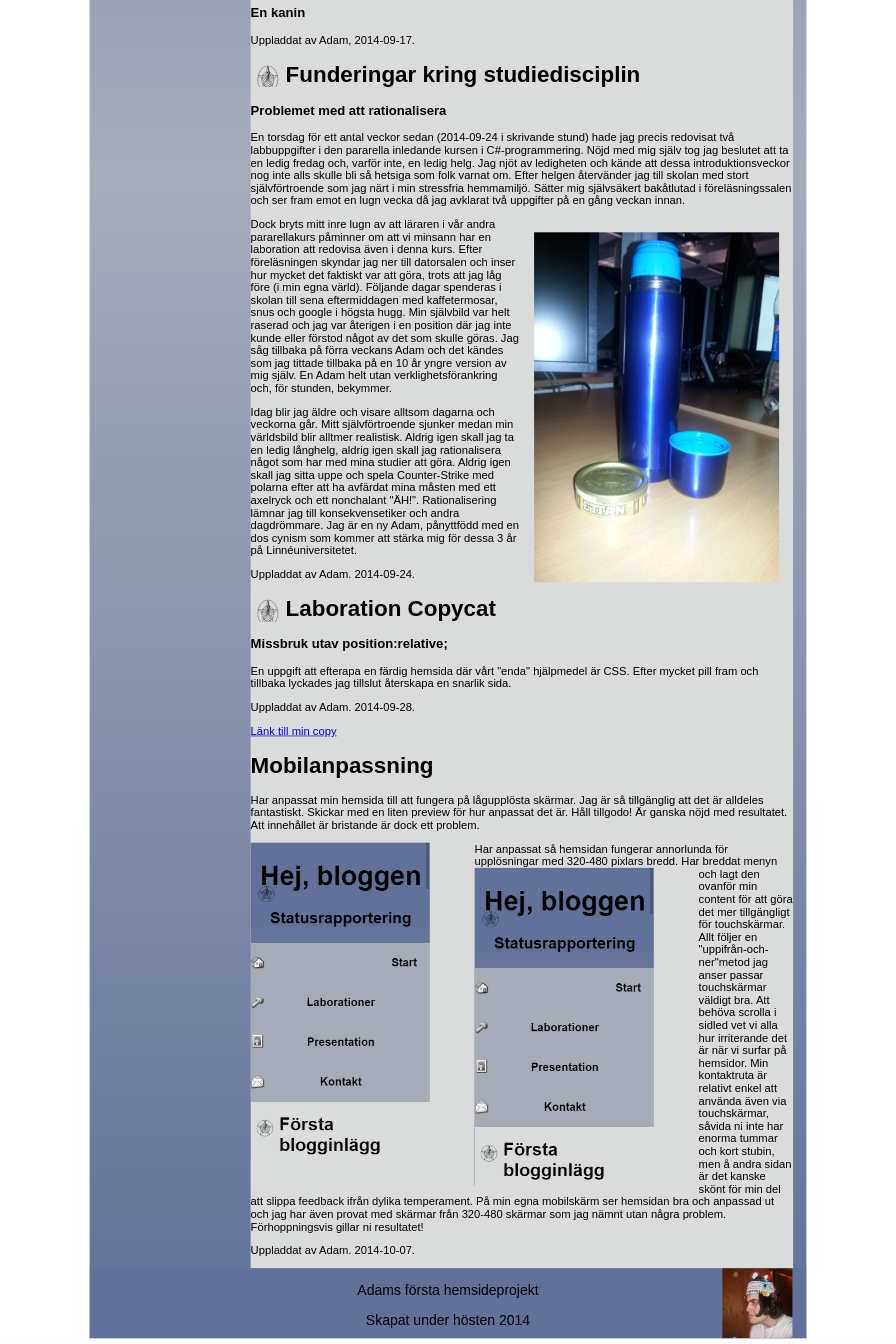
Repository: ao222qc/1IK415_ao222qc_copycat
Page: index.html
The author's editor kept a record of every edit. The page is drawn from the files as they stood at one moment, then again after the next edit.
The browser window is 1280 px wide. The pictures show the part of the page from y = 1407 to 3327 px (the page is 3327 px tall before and 3235 px after), at 70% of full size.

Above is the page before.

### index.html
<!doctype html>
<html lang="sv">
    <head>
        <meta charset = "utf-8">
        <title>Bloggindex</title>
        <link rel="stylesheet" href="pics/css/style.css" media="screen">
        <link rel="stylesheet" href="pics/css/print.css" media ="print">
       <link rel="stylesheet" href="pics/css/mobile.css" media="screen and (min-device-width: 320px) and (max-device-width: 480px") />
       <meta content='width=device-width; initial-scale=1.0; maximum-scale=1.0; user-scalable=0;' name='viewport' />
       <link rel="icon"  type="image/x-icon" href="/pics/fav.ico" />
       <link rel="shortcut icon" href="/pics/iosicon.png"/>
    </head>
<body>
<div id="background">
    <div id="header">
    <h1>Hej, bloggen</h1>
    <h3>Statusrapportering</h3>
    </div>

    <div id="navigation">
    <ul>
        <li class="active"><a class="index" href="index.html">Start</a></li>
        <li><a class="laborationer" href="pages/laborationer.html">Laborationer</a></li>
        <li><a class="presentation" href="pages/presentation.html">Presentation</a></li>
        <li><a class="kontakt" href="pages/kontakt.html">Kontakt</a></li>
    </ul>

    </div>

    <div id="content">
        <h1 id="loggrubrik">Första blogginlägg</h1>
        <h3>Spännande</h3>

    <img id="loga" src="pics/loga.png" alt="">

    <p>
        Här skriver jag ett slags blogginlägg för att rapportera om hur laborationen fortgår.
        Laboration fortlöper som förväntat. Vilka värden jag lägger in i vad som är förväntat går jag ej in djupare på.
    </p>
    <p>Skrivet utav Adam, 2014-09-16</p>

        <h1 id="loggrubrik">Blogginlägg så det heter duga</h1>
        <h3>Vektorgrafik tolkad i upprepade mönster</h3>

        <p>Jag har nu skapat en bild som kombinerar tomheten inom mig med de symboler jag tror på.</p>
    <img src="pics/vektorgrafik.svg" alt="" id="vektorgrafik">
        <p>Skrivet utav Adam, Fil. Kand. i forskning kring bilder ur ett kulturhistoriskt perspektiv, 2014-09-17.</p>

    <h1 id="loggrubrik">Blogginlägg kanin</h1>
        <h3>En kanin</h3>



    <p>Uppladdat av Adam, 2014-09-17.</p>
        <h1 id="loggrubrik">Funderingar kring studiedisciplin</h1>
        <h3>Problemet med att rationalisera</h3>
            <p>En torsdag för ett antal veckor sedan (2014-09-24 i skrivande stund) hade jag precis redovisat
            två labbuppgifter i den pararella inledande kursen i C#-programmering. Nöjd med mig själv tog jag
            beslutet att ta en ledig fredag och, varför inte, en ledig helg. Jag njöt av ledigheten och kände
            att dessa introduktionsveckor nog inte alls skulle bli så hetsiga som folk varnat om. Efter helgen
            återvänder jag till skolan med stort självförtroende som jag närt i min stressfria hemmamiljö.
            Sätter mig självsäkert bakåtlutad i föreläsningssalen och ser fram emot en lugn vecka då jag avklarat
            två uppgifter på en gång veckan innan.
    <div class="right">
    <img src="pics/bloggbild.jpg" width="350" height="500" akt=""/>
    </div>
            Dock bryts mitt inre lugn av att läraren i vår andra pararellakurs påminner om att vi minsann
            har en laboration att redovisa även i denna kurs. Efter föreläsningen skyndar jag ner till datorsalen
            och inser hur mycket det faktiskt var att göra, trots att jag låg före (i min egna värld). Följande
            dagar spenderas i skolan till sena eftermiddagen med kaffetermosar, snus och google i högsta hugg.
            Min självbild var helt raserad och jag var återigen i en position där jag inte kunde eller förstod
            något av det som skulle göras. Jag såg tillbaka på förra veckans Adam och det kändes som jag tittade
            tillbaka på en 10 år yngre version av mig själv. En Adam helt utan verklighetsförankring och, för
            stunden, bekymmer.</p>

            <p>Idag blir jag äldre och visare alltsom dagarna och veckorna går. Mitt självförtroende sjunker medan
            min världsbild blir alltmer realistisk. Aldrig igen skall jag ta en ledig långhelg, aldrig igen skall
            jag rationalisera något som har med mina studier att göra. Aldrig igen skall jag sitta uppe och spela
            Counter-Strike med polarna efter att ha avfärdat mina måsten med ett axelryck och ett nonchalant "ÄH!".
            Rationalisering lämnar jag till konsekvensetiker och andra dagdrömmare. Jag är en ny Adam, pånyttfödd med
            en dos cynism som kommer att stärka mig för dessa 3 år på Linnéuniversitetet.</p>
            <p>Uppladdat av Adam. 2014-09-24.</p>
    <h1 id="loggrubrik">Laboration Copycat</h1>
    <h3>Missbruk utav position:relative;</h3>
    <p>En uppgift att efterapa en färdig hemsida där vårt "enda" hjälpmedel är CSS. Efter mycket
        pill fram och tillbaka lyckades jag tillslut återskapa en snarlik sida.
    </p>
    <p>Uppladdat av Adam. 2014-09-28.</p>
    <a href="https://uppgift-3-3-c9-ao222qc.c9.io/">Länk till min copy</a>
    <h1>Mobilanpassning</h1>
    <p>Har anpassat min hemsida till att fungera på lågupplösta skärmar. Jag är så tillgänglig
        att det är alldeles fantastiskt. Skickar med en liten preview för hur anpassat det är.
        Håll tillgodo! Är ganska nöjd med resultatet. Att innehållet är bristande är dock
        ett problem.
        <div class="left">
    <img id="mobilepreview" src="pics/mobilepreview.png" alt="" />
    </div>
        Har anpassat så hemsidan fungerar annorlunda för upplösningar med 320-480 pixlars bredd.
          <div class="left">
    <img id="mobilepreview" src="pics/mobilepreview.png" alt="" />
    </div>
        Har breddat menyn och lagt den ovanför min content för att göra det mer tillgängligt för
        touchskärmar. Allt följer en "uppifrån-och-ner"metod jag anser passar touchskärmar väldigt bra.
        Att behöva scrolla i sidled vet vi alla hur irriterande det är när vi surfar på hemsidor.
        Min kontaktruta är relativt enkel att använda även via touchskärmar, såvida ni inte har
        enorma tummar och kort stubin, men å andra sidan är det kanske skönt för min del att slippa
        feedback ifrån dylika temperament. På min egna mobilskärm ser hemsidan bra och anpassad ut och
        jag har även provat med skärmar från 320-480 skärmar som jag nämnt utan några problem.
        Förhoppningsvis gillar ni resultatet!
    </p>
    <p>Uppladdat av Adam. 2014-10-07.</p>



    </div>

      <div id="footer">
        <p>Adams första hemsideprojekt</p>
        <p>Skapat under hösten 2014</p>
    </div>
    </div>
</body>
</html>

### pics/css/style.css
#background
{
    width:1024px;
    height: auto;
    margin: 0 auto;
    background: linear-gradient(#627199, #A6ABB8 ,#627199);
    overflow:auto;
    font-family:Arial;
}

#header
{
    background-color:#627199 ;
    width:1024px;
    height:150px;
    margin-left: auto;
    margin-right: auto;
    text-align: center;
    font-size:150%;
    background-image: url(../vektorgrafik.svg);
    background-size: 250px 250px;
    background-position: left 3px center;
    background-repeat: no-repeat;
}
#navigation
    {
    font-size: 125%;
    font-weight: bold;
    background-color: #A6ABB8;
    float:left;
    width:220px;
    }

    #navigation ul
    {
    list-style-type: none;
    margin: 0;
    padding: 0;
    }

    #navigation ul li a
    {
    text-decoration: none;
    padding: 24px 24px;
    color: blue;
    display:block;
    }
    #navigation a
    {
    background-image: url("../sprite.png");
    display:block;
    background-repeat: no-repeat;
    }

.index
{background-position: 0px -24px;}

.laborationer
{background-position: 0px -120px;}

.presentation
{background-position: 0px -218px;}

.kontakt
{background-position: 0px -312px;}

.index:hover
{background-position: 0px 24px;}

.laborationer:hover
{background-position: 0px -70px;}

.presentation:hover
{background-position: 0px -169px;}

.kontakt:hover
{background-position: 0px -265px;}


    #navigation ul li a:visited
    {
    color: Black;
    }
    #navigation ul li a:hover
    {
    color: white;
    background-color: #17223D;
    }
    .active
    {
    text-align:right;
    }

#content
 {
    background-color:#DADCDC;
    float:left;
    width:775px;
    height:auto;
    margin-left: 10px;
    margin-right: 10px;
 }
#footer
 {
    font-size:125%;
    text-align:center;
    background-color:#627199;
    float:left;
    width:1024px;
    text-align:center;
    height:100px;
    background-image: url(../labbild.jpg);
    background-size: 100px 100px;
    background-position: right 20px center;
    background-repeat: no-repeat;
 }
.link
{
    list-style:none;
    font-size:120%;
}
.right
{
    float:right;
    margin:10px;
    padding:10px;
}
.left /*om jag nu skall lägga in bild till vänster*/
{
    float:left;
}
table, td, th
{
   margin-left:215px;
   text-align:center;
   border: 2px Solid Navy;
}
#loggrubrik
{
    background-image: url(../vektorgrafik.svg);
    background-size: 50px 50px;
    padding-left: 50px;
    background-repeat: no-repeat;
    top: 75%;
}
#mobilepreview
{
    height:80%;
    width:80%;
}

### pics/css/print.css
body
{
  color : #000000;
  background : #ffffff;
  font-family : "Times New Roman", Times, serif;
  font-size : 12pt;
}
#navigation
{
    display: none;
}
img
{
    display:none;
    visibility: hidden;
}

a:link:after,
a:visited:after
{
    font-size : 12pt;
    content: " ("attr(href) ") ";
}

### pics/css/mobile.css
@media screen and (min-device-width: 320px) and (max-device-width: 480px) {

#background
{
    min-width:100%;
    max-width:100%;
    max-height:100%;
}

body
{
    margin:0; padding:0;
}

table
{
    margin-left:2px;
}

#header
{
    min-width:100%;
    max-width:100%;
    text-align:center;
    background-size: 50px, 50px;
    height:auto;
}
#navigation
{
    min-width:100%;
    max-width:100%;
    float:none;
    text-align:center;
}

#content
{
  min-width:100%;
  max-width:100%;
  padding: 0;
  margin: 0;
}

#vektorgrafik
{
    float:none;
    height:300px;
    width:300px;
}

#mittnylle
{
    height:300px;
    width:300px;
}

#loga
{
    height:300px;
    width:330px;
}

#footer
{
    min-width:100%;
    max-width:100%;
    font-size:85%;
    background-position:right;
    text-align:left;
}

ol dl
{
    font-size:85%;
}




















}

After the next edit:
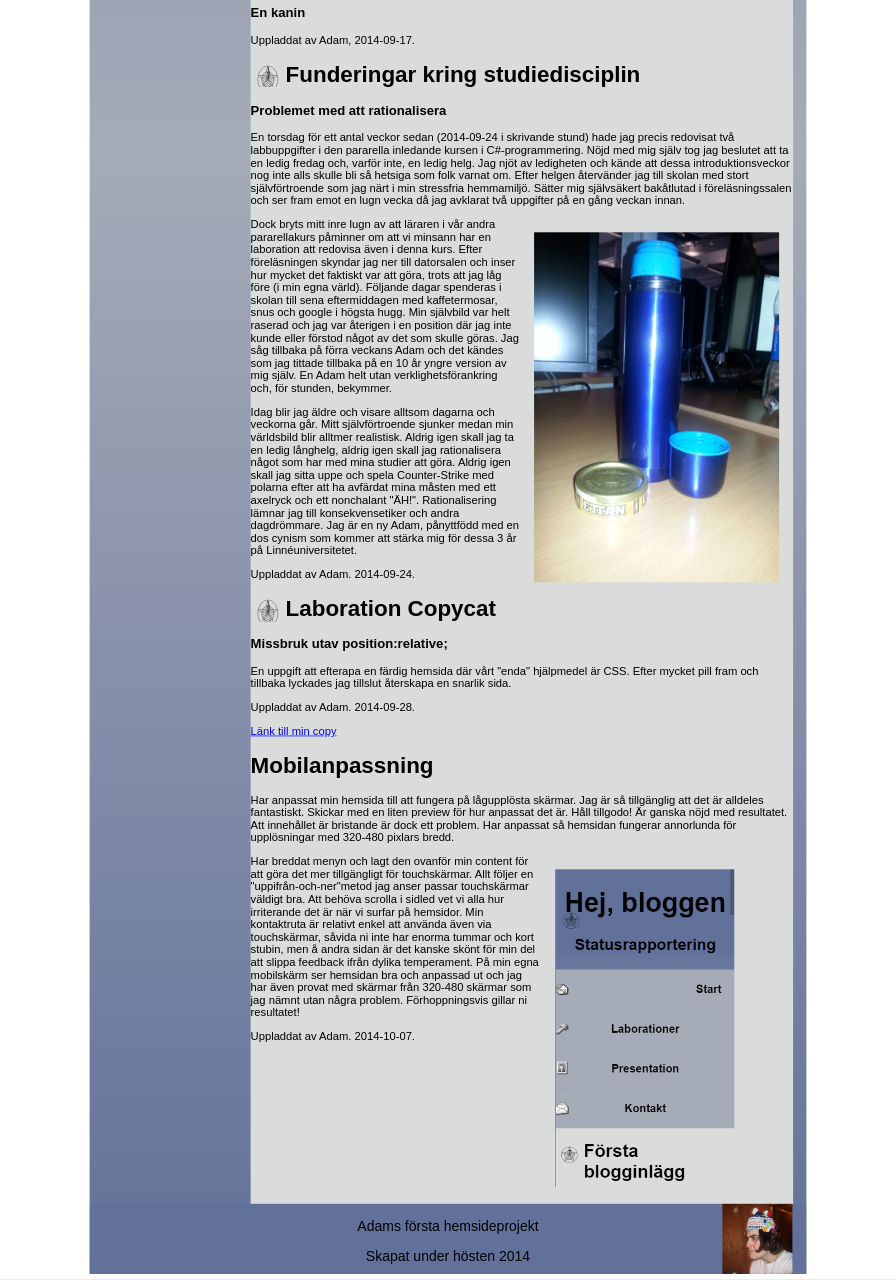
The edit:
--- a/index.html
+++ b/index.html
@@ -92,11 +92,9 @@
         att det är alldeles fantastiskt. Skickar med en liten preview för hur anpassat det är.
         Håll tillgodo! Är ganska nöjd med resultatet. Att innehållet är bristande är dock
         ett problem.
-        <div class="left">
-    <img id="mobilepreview" src="pics/mobilepreview.png" alt="" />
-    </div>
+
         Har anpassat så hemsidan fungerar annorlunda för upplösningar med 320-480 pixlars bredd.
-          <div class="left">
+          <div class="right">
     <img id="mobilepreview" src="pics/mobilepreview.png" alt="" />
     </div>
         Har breddat menyn och lagt den ovanför min content för att göra det mer tillgängligt för
